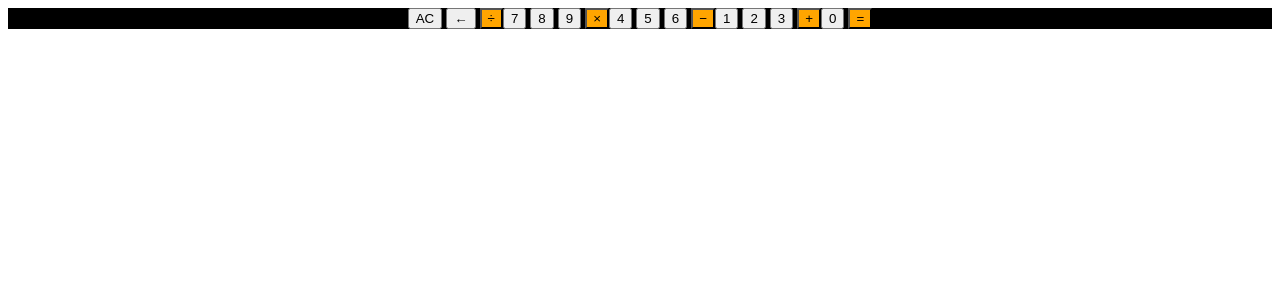
Repository: KaylaDamons/LAB-calculator
Page: index.html
The author's editor kept a copy of each file at every save. The page is drawn from the files as they stood at one save, then again after the next save.
The browser window is 1280 px wide. The pictures show the whole page.

Above is the page before, as saved 2024-01-13 18:11:42.

### index.html
<!DOCTYPE html>
<html lang="en">
<head>
  <meta charset="UTF-8">
  <meta name="viewport" content="width=device-width, initial-scale=1.0">
  <title>Calculator</title>
</head>

<div class="wrapper">
    <div class="sumbar"></div>
    <div class="clearbutton">
       <button class="clear">AC</button>
       <button class="delete">&#8592</button>
       <button class="symbol divide">&#247</button>
    </div>

    <div class="buttonrow1">
      <button class="button">7</button>
      <button class="button">8</button>
      <button class="button">9</button>
      <button class="symbol times">&#215</button>
    </div>

    <div class="buttonrow2">
      <button class="button">4</button>
      <button class="button">5</button>
      <button class="button">6</button>
       <button class="symbol minus">&#8722</button>
    </div>

    <div class="buttonrow3">
    <button class="button">1</button>
    <button class="button">2</button>
    <button class="button">3</button>
    <button class="symbol plus">&#43</button>
    </div>

    <div class="buttonrow4">
    <button class="button">0</button>
    <button class="symbol equals">&#61</button>
    </div>

  </div>




  <link rel="stylesheet" href="main.css">
</body>
<script src="main.js"></script>
</html>

### main.css


.wrapper {
  display: flex;
  flex-wrap: wrap;
  background-color:black;
  justify-content: center;

}

.sumbar {
 background-color:white;
}

.symbol {
  background-color: orange;
}

### main.js
console.log("calculator");

After the next save:
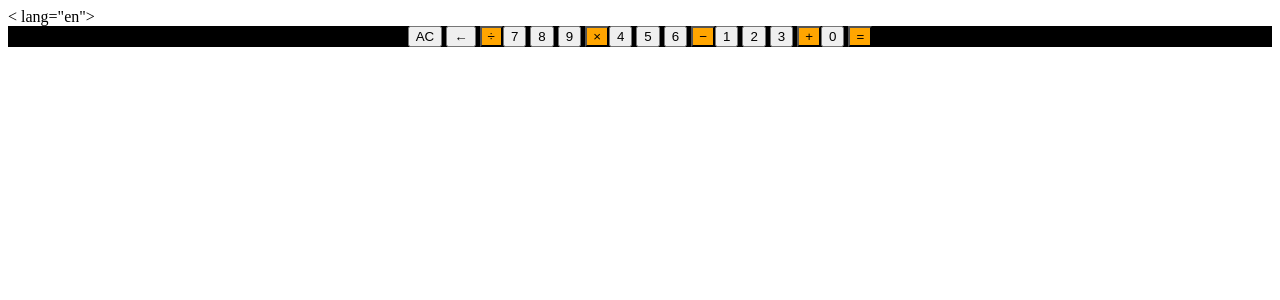
Saved 110 s later.
--- a/index.html
+++ b/index.html
@@ -1,11 +1,11 @@
 <!DOCTYPE html>
-<html lang="en">
+< lang="en">
 <head>
   <meta charset="UTF-8">
   <meta name="viewport" content="width=device-width, initial-scale=1.0">
   <title>Calculator</title>
 </head>
-
+<body>
 <div class="wrapper">
     <div class="sumbar"></div>
     <div class="clearbutton">

After the 2 saves that followed:
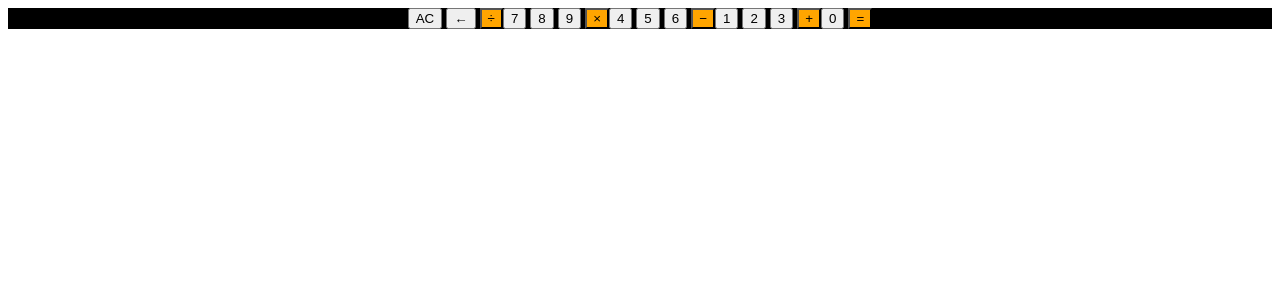
The 2 saves are shown as one change because 1 left the picture as it was.
The last was saved 114 s later.
--- a/index.html
+++ b/index.html
@@ -1,9 +1,10 @@
 <!DOCTYPE html>
-< lang="en">
+<html lang="en">
 <head>
   <meta charset="UTF-8">
   <meta name="viewport" content="width=device-width, initial-scale=1.0">
   <title>Calculator</title>
+  <link rel="stylesheet" href="main.css">
 </head>
 <body>
 <div class="wrapper">
